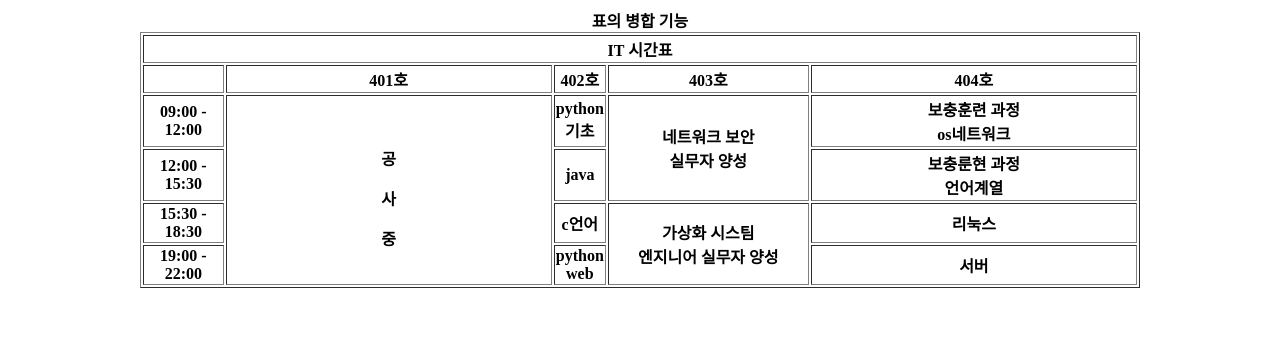
Repository: sika5382/jsp
Page: html/WebContent/NewFile1.html
These files come from the project's save history. The page is drawn as it stood at one moment and after the next save; the edit follows.
The browser window is 1280 px wide. The pictures show the whole page.

Above is the page before, as saved 2020-10-29 06:18:20.

### html/WebContent/NewFile1.html
<!DOCTYPE html>
<html>
<head>
<meta charset="UTF-8">
<title>Insert title here</title>
</head>
<body>

	<table border = "1" align="center" width ="1000">

		<caption><b>표의 병합 기능</b></caption>

		<tr>
			<th colspan = "5"> IT 시간표</th>

		</tr>

		<tr>
			<th width =""></th>
			<th width ="500">401호</th>
			<th>402호</th>
			<th width ="300">403호</th>
			<th width ="300">404호</th>
		</tr>

		<tr>
			<th width ="100">09:00 - 12:00</th>
			<th rowspan="4"><p>공</p><p>사</p>중</th>
			<th>python 기초</th>
			<th rowspan="2">네트워크 보안<br>실무자 양성</th>
			<th width ="500">보충훈련 과정<br>os네트워크</th>
		</tr>

		<tr>
			<th width ="100">12:00 - 15:30</th>
			<th>java</th>
			<th>보충룬현 과정<br>언어계열</th>
		</tr>


		<tr>
			<th width ="100">15:30 - 18:30</th>
			<th>c언어</th>
			<th rowspan="2">가상화 시스팀 <br> 엔지니어 실무자 양성</th>
			<th>리눅스</th>
		</tr>

		<tr>
			<th width ="100">19:00 - 22:00</th>
			<th>python web</th>
			<th>서버</th>
		</tr>


	</table>


</body>
</html>

After the next save:
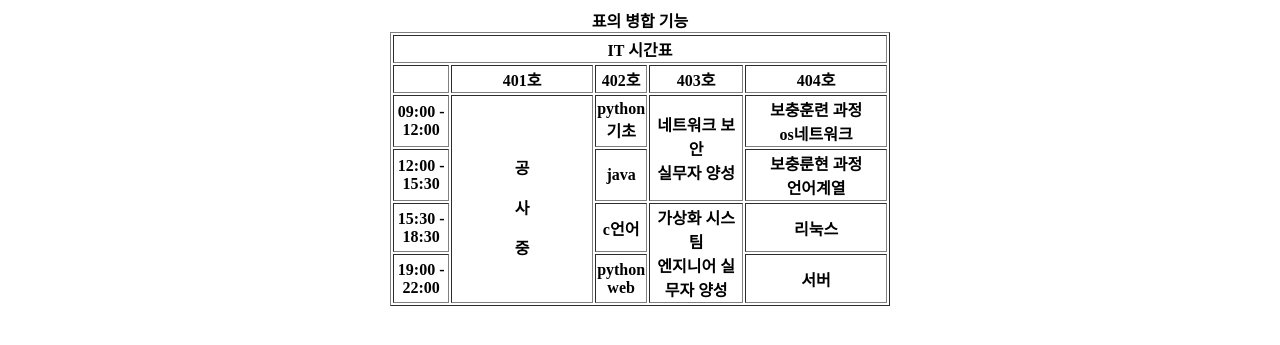
Saved 10 s later.
--- a/html/WebContent/NewFile1.html
+++ b/html/WebContent/NewFile1.html
@@ -6,7 +6,7 @@
 </head>
 <body>
 
-	<table border = "1" align="center" width ="1000">
+	<table border = "1" align="center" width ="500">
 
 		<caption><b>표의 병합 기능</b></caption>
 
